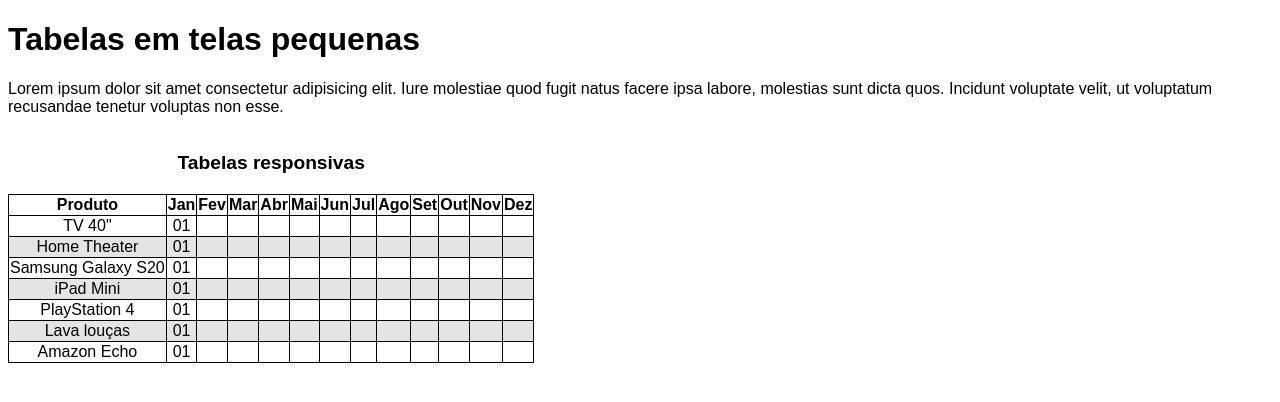
Repository: railsondev/html-css
Page: Módulo3/Exercicios/Ex02 - Tabelas/tabela005.html
These files come from the project's save history. The page is drawn as it stood at one moment and after the next save; the edit follows.
The browser window is 1280 px wide. The pictures show the whole page.

Above is the page before, as saved 2024-10-22 15:18:38.

After the next save:
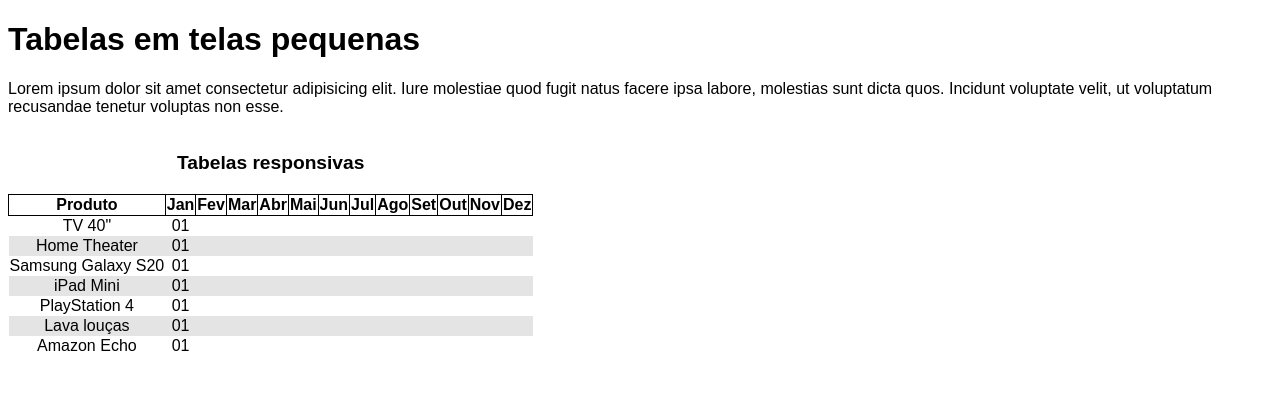
Saved 15 s later.
--- a/Módulo3/Exercicios/Ex02 - Tabelas/src/css/estilo05.css
+++ b/Módulo3/Exercicios/Ex02 - Tabelas/src/css/estilo05.css
@@ -14,7 +14,7 @@ caption {
   padding: 20px;
 }
 
-th, td {
+th {
   border: 1px solid black;
 }
 
